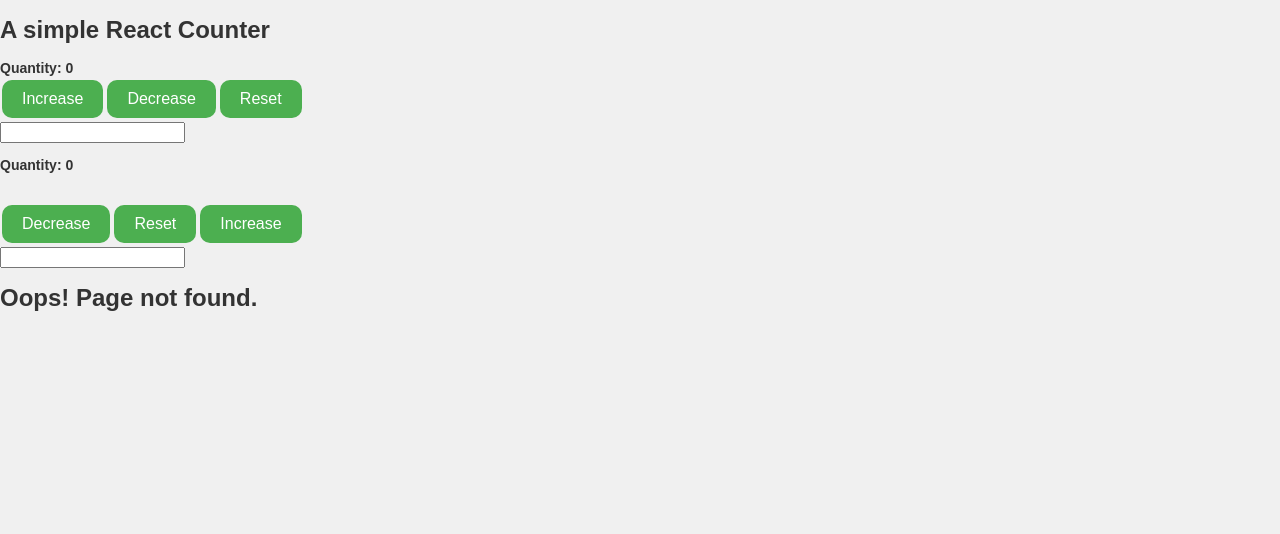
Repository: qudos4real/altschool-second-sem
Page: /
These files come from the project's save history. The page is drawn as it stood at one moment and after the next save; the edit follows.
The browser window is 1280 px wide. The pictures show the whole page.
The project was rebuilt for these pictures with package versions that can differ from the ones it lists, and the page was loaded fresh each time. Also part of the build but not shown: src/App.css, src/Components/ErrorBoundary.js.

Above is the page before, as saved 2022-11-04 13:07:50.

### src/App.js
import React from 'react';
import Counter from './Components/Counter';
import './App.css';
import Reducer from './Components/Reducer';
import Home from './Components/Home';
import NotFound from './Components/NotFound';
import ErrorBoundary from './Components/ErrorBoundary';
import { BrowserRouter as Router, Route, Routes, Link } from 'react-router-dom';



function App() {
  return (
    <>
    <Home />
    <Counter />
    <Reducer />
    <NotFound />
    <ErrorBoundary />

    </>

    // <Router>
    //   <ErrorBoundary >
    //   <nav>
    //     <Link to="/">Home</Link>
    //     <Link to="counter">Counter</Link>
    //     <Link to="reducer">Reducer</Link>
    //     <Link to="ErrorBoundary">ErrorBoundary</Link>
    //     </nav>
    //   <Routes>
    //     <Route path="/" element={<Home />} />
    //     <Route path="/counter" element={<Counter />} />
    //     <Route path="/reducer" element={<Reducer />} />
    //     <Route path="ErrorBoundary" element={<ErrorBoundary />} />
    //     <Route path="*" element={<NotFound />} />
    //   </Routes>
    //   </ErrorBoundary>
    // </Router>
  )
}

export default App

### src/Components/Counter.js
import React from "react";
import { useCounter } from "../hooks/useCounter";
import "../CSS/Counter.css"

function Counter() {
  const quantity = useCounter(0);
  return (
    <div>
      <h3>
        Quantity: {quantity.count}
        <br />
        <button className="btn container" onClick={quantity.increment}>Increase</button>
        <button className="btn container" onClick={quantity.decrement}>Decrease</button>
        <button className="btn container" onClick={quantity.reset}>Reset</button>
        <br />
        <input
          type="number"
          onChange={(e) => quantity.setValue(e.target.value)}
        />
      </h3>
    </div>
  );
}

export default Counter;

### src/Components/Reducer.js
import React from "react";
import { useReducer } from "react";
import { reducer } from "../hooks/reducer.1";
import "../CSS/Counter.css"

function Reducer() {
  const [state, dispatch] = useReducer(reducer, { count: 0 });
  return (
    <div>
      <h3> Quantity: {state.count}</h3>
      <br />
      <button className="btn container" onClick={() => dispatch({ type: "decrement" })}>Decrease</button>
      <button className="btn container" onClick={() => dispatch({ type: "reset" })}>Reset</button>
      <button className="btn container" onClick={() => dispatch({ type: "increment" })}>Increase</button>
      <br />
      <input
        type="number"
        onChange={(e) => dispatch({ type: "setValue", value: e.target.value })}
      />
    </div>
  );
}

export default Reducer;

### src/Components/Home.js
import React from "react";
import { Outlet } from "react-router-dom";

function Home() {
  return (
    <div>
      <h1>A simple React Counter</h1>
        <Outlet />

    </div>
  );
}

export default Home;

### src/Components/NotFound.js
import React from 'react'

const NotFound = () => {
    return (
        <div>
            <h1>
            Oops! Page not found.
            </h1>
        </div>
    )
}

export default NotFound

### src/hooks/useCounter.js
import { useState } from "react";

export const useCounter = (initialValue) => {
    const [count, setCount] = useState(initialValue);
    const increment = () => {
        setCount(count + 1);
    };
    const decrement = () => {
        count > 0 && setCount(count - 1);
    };
    const reset = () => {
        setCount(initialValue);
    };
    const setValue = (value) => {
        setCount(value);
    };
    return { count, increment, decrement, reset, setValue };
};

### src/CSS/Counter.css
body {
    background-color: #f0f0f0;
    font-family: Arial, Helvetica, sans-serif;
    font-size: 12px;
    color: #333;
    margin: 0;
    padding: 0;
}
.btn {
    background-color: #4CAF50; /* Green */
    border: none;
    color: white;
    padding: 10px 20px;
    text-align: center;
    text-decoration: none;
    display: inline-block;
    font-size: 16px;
    margin: 4px 2px;
    cursor: pointer;
    border-radius: 10px;
}
.btn:hover {
    background-color: #3e8e41;
}

### src/hooks/reducer.1.js
export function reducer(state, action) {
    switch (action.type) {
        case "increment":
            return { count: state.count + 1 };
        case "decrement":
            return { count: state.count - 1 };
        case "reset":
            return { count: 0 };
        case "setValue":
            return { count: action.value };
        default:
            return state;
    }
}

Loaded but not shown: public/index.html (common file); src/index.js (common file); src/index.css (common file); src/reportWebVitals.js (common file)

After the next save:
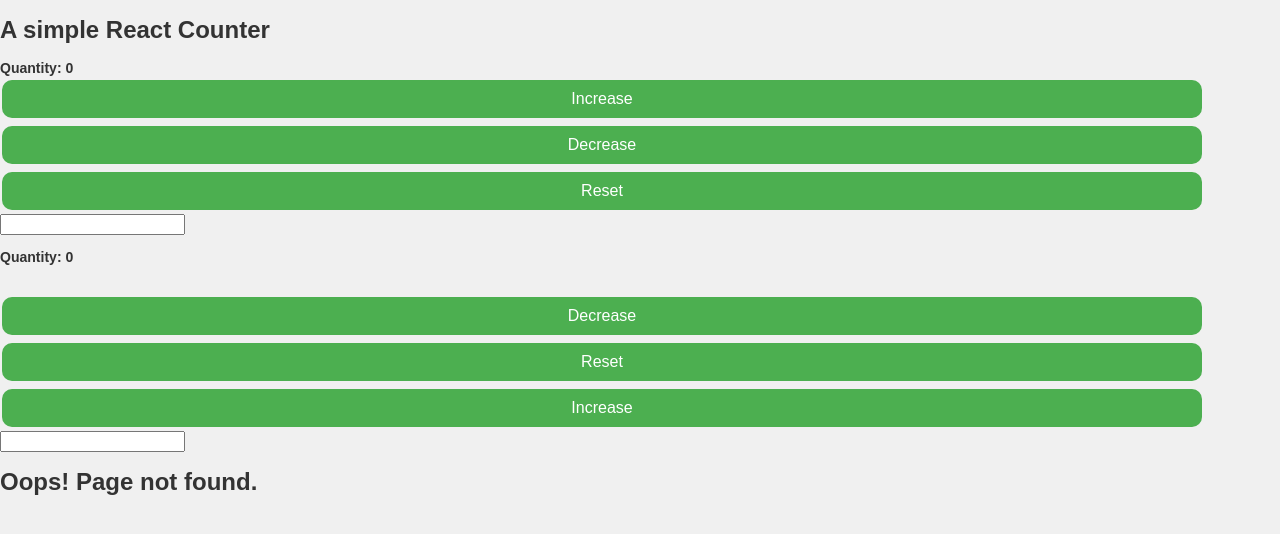
Saved 15 s later.
--- a/src/CSS/Counter.css
+++ b/src/CSS/Counter.css
@@ -5,6 +5,13 @@ body {
     color: #333;
     margin: 0;
     padding: 0;
+    box-sizing: border-box;
+}
+.container{
+    width: 100%;
+    max-width: 1200px;
+    margin: 0 auto;
+    padding: 0 20px;
 }
 .btn {
     background-color: #4CAF50; /* Green */
